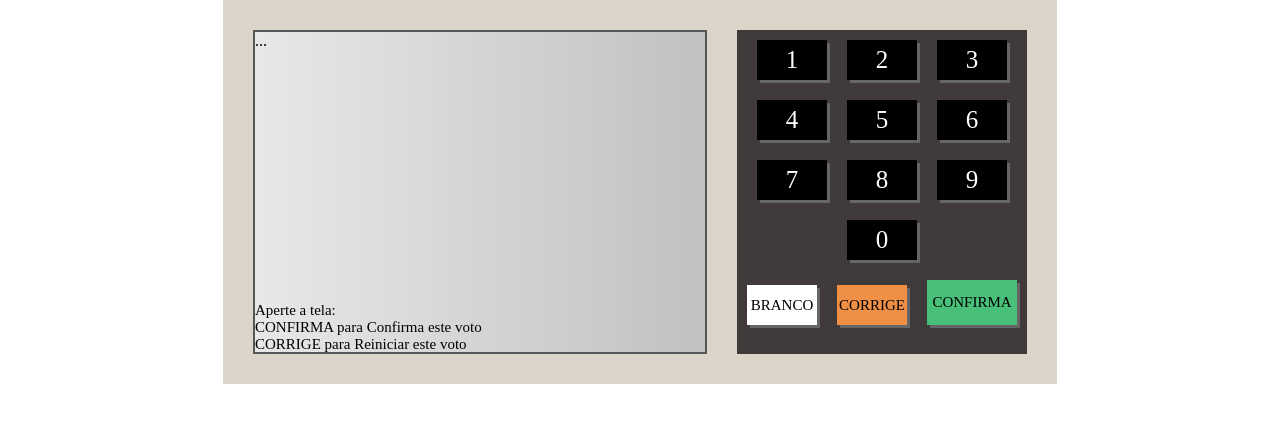
Repository: ThiagoIturra/urnaJs
Page: index.html
The author's editor kept a copy of each file at every save. The page is drawn from the files as they stood at one save, then again after the next save.
The browser window is 1280 px wide. The pictures show the whole page.

Above is the page before, as saved 2022-01-05 16:28:26.

After the next save:
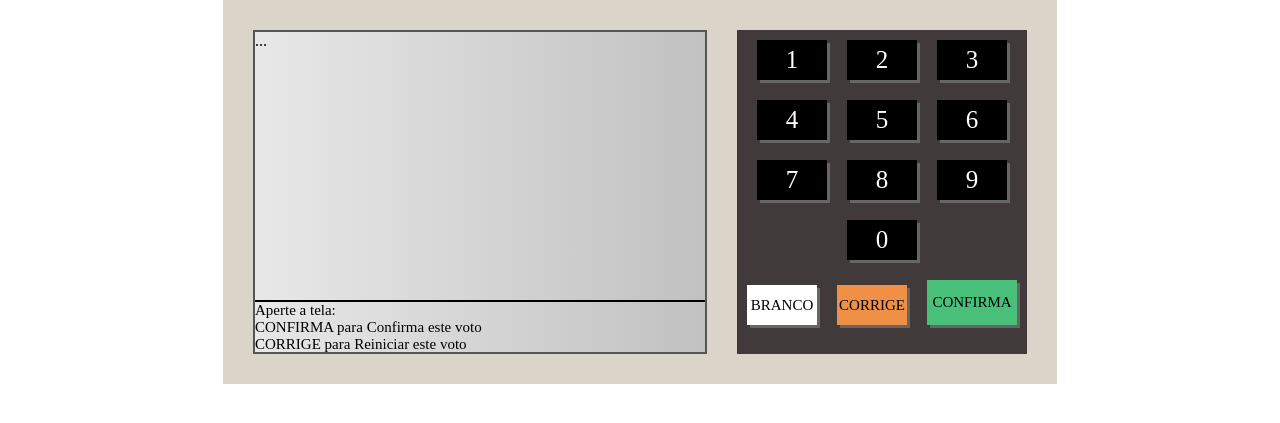
Saved 18 s later.
--- a/style.css
+++ b/style.css
@@ -75,4 +75,5 @@ body {
 .division-2 {
     height: 50px;
     font-size: 15px;
+    border-top: 2px solid #000;
 }
